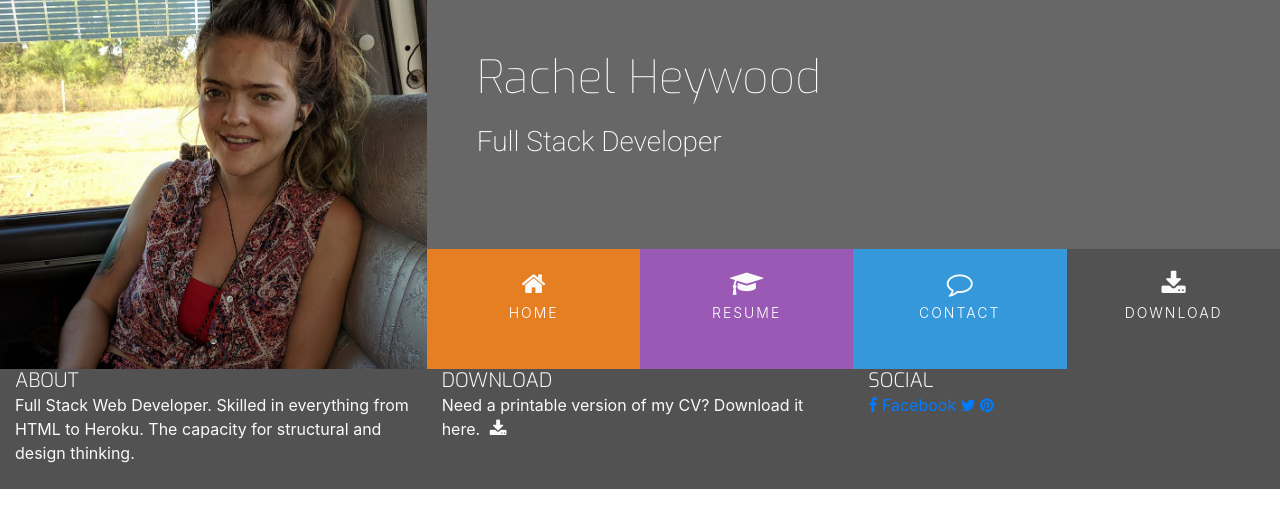
Repository: Heywood93/resume
Page: index.html
The author's editor kept a record of every edit. The page is drawn from the files as they stood at one moment, then again after the next edit.
The browser window is 1280 px wide. The pictures show the whole page.

Above is the page before.

After the next edit:
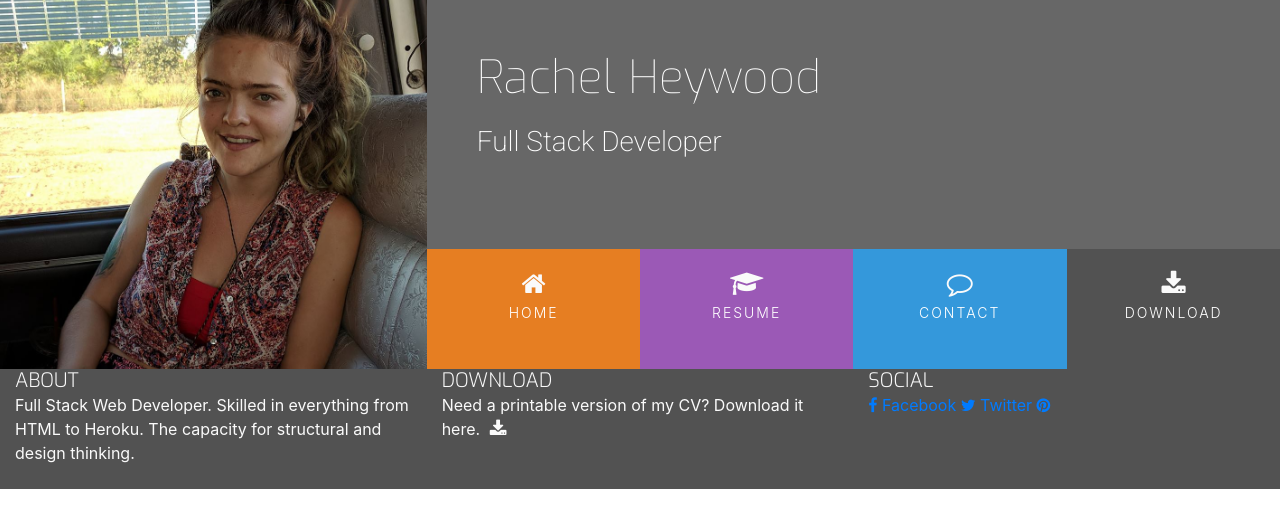
The edit:
--- a/index.html
+++ b/index.html
@@ -79,7 +79,7 @@
                     <li class="list-inline-item">
                         <a target="_blank" href="#">
                             <i class="fa fa-twitter" aria-hidden="true"></i>
-                            <span class="sr-only"></span></span>
+                            <span class="sr-only"></span><span>Twitter</span>
                         </a>
                     </li>
                     <li class="list-inline-item">
